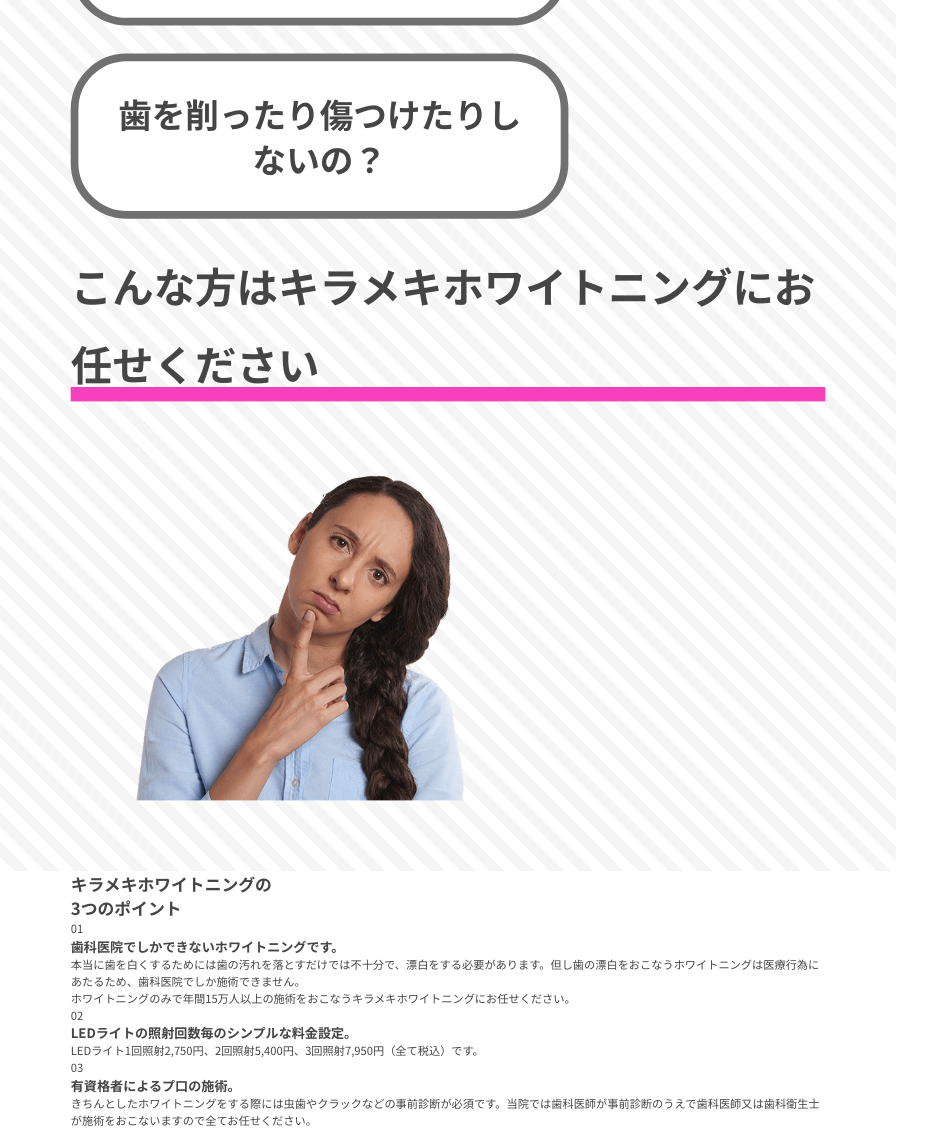
Repository: ryu-nuno/tech_academy_subwork
Page: first/index.html
The author's editor kept a record of every edit. The page is drawn from the files as they stood at one moment, then again after the next edit.
The browser window is 1280 px wide. The page is 1280 px wide, then 1351 px, so the pictures cover 1351 px, including what lies to the right of the window. The pictures show the part of the page from y = 1618 to 3458 px (the page is 3230 px tall before and 4107 px after), at 70% of full size.
Some web libraries are served in a nearby version.

Above is the page before.

### first/index.html
<!DOCTYPE html>
<html lang="ja">

  <head>
    <title>first</title>
  <meta charset="utf-8">
  <meta name="description" content="kirameki clinic">
  <meta name="viewport" content="width=device-width, initial-scale=1">
  <meta property="og:site_name" content="キラメキクリニック｜歯科医院でホワイトニング" />
  <meta property="og:title" content="キラメキクリニック｜歯科医院でホワイトニング">
  <meta property="og:description" content="キラメキクリニックは、年間15万人以上の来院実績がある歯科医院です。有資格者によるプロの施術を1回2,750円〜で手軽にホワイトニングができます。ホワイトニングをしてみたい方はお問い合わせの上ぜひご来院ください！">
  <meta property="og:type" content="article">
  <meta property="og:url" content="https://demo.techacademy.jp/sidejob-selfstudy1/">
  <meta property="og:image" content="https://demo.techacademy.jp/sidejob-selfstudy1/images/main_pc.jpg">
  <meta property="og:locale" content="ja_JP">
  <link rel="stylesheet" href="assets/ress/ress.min.css">
  <link rel="stylesheet" href="css/style.css">
  <script src="https://kit.fontawesome.com/ab2670e4fc.js" crossorigin="anonymous"></script>
  </head>

  <body>
    <header class="container">
    <div class="contents_width">
      <div class="wrapper">
        <h1>
          <span>年間15万人以上の来院実績</span>
          <span>歯科医院でしかできない！</span>
          <img src="img/logo_top.png" alt="キラメキクリニック">
        </h1>
        <p>
          <span>ホワイトニング</span>
          <span>いつでも1回2,750円(税込)</span>
        </p>
      </div>
    </div>
  </header>

  <section class="contact container">
    <div class="contents_width">
      <h3>24時間オンライン予約はこちら</h3>
      <a href="#" class="hoverflash">ご予約</a>
    </div>
  </section>

  <section class="interest bg_stripe container">
    <div class="contents_width">
      <h3>ホワイトニングには興味あるけど…</h3>
      <ul>
        <li>歯医者のホワイトニングってどんなの？</li>
        <li>痛いって聞いたことがあるけど？</li>
        <li>歯を削ったり傷つけたりしないの？</li>
      </ul>
      <p>こんな方はキラメキホワイトニングにお任せください</p>
      <img src="img/thinking_w.png" alt="ホワイトニングの疑問イメージ">
    </div>
  </section>

  <section class="point container">
    <div class="contents_width">
      <h2>キラメキホワイトニング<span class="no-sp">の</span><br class="no-pc">3つのポイント</h2>
      <ul>
        <li class="flex">
          <span>01</span>
          <div>
            <h3>歯科医院でしかできないホワイトニングです。</h3>
            <p>
              本当に歯を白くするためには歯の汚れを落とすだけでは不十分で、漂白をする必要があります。但し歯の漂白をおこなうホワイトニングは医療行為にあたるため、歯科医院でしか施術できません。<br>
              ホワイトニングのみで年間15万人以上の施術をおこなうキラメキホワイトニングにお任せください。
            </p>
          </div>
        </li>
        <li class="flex">
          <span>02</span>
          <div>
            <h3>LEDライトの照射回数毎のシンプルな料金設定。</h3>
            <p>
              LEDライト1回照射2,750円、2回照射5,400円、3回照射7,950円（全て税込）です。
            </p>
          </div>
        </li>
        <li class="flex">
          <span>03</span>
          <div>
            <h3>有資格者によるプ口の施術。</h3>
            <p>
              きちんとしたホワイトニングをする際には虫歯やクラックなどの事前診断が必須です。当院では歯科医師が事前診断のうえで歯科医師又は歯科衛生士が施術をおこないますので全てお任せください。
            </p>
          </div>
        </li>
      </ul>
    </div>
  </section>
  </body>

### first/assets/ress/ress.min.css
/*!
 * ress.css • v4.0.0
 * MIT License
 * github.com/filipelinhares/ress
 */html{box-sizing:border-box;-webkit-text-size-adjust:100%;word-break:normal;-moz-tab-size:4;tab-size:4}*,:after,:before{background-repeat:no-repeat;box-sizing:inherit}:after,:before{text-decoration:inherit;vertical-align:inherit}*{padding:0;margin:0}hr{overflow:visible;height:0;color:inherit}details,main{display:block}summary{display:list-item}small{font-size:80%}[hidden]{display:none}abbr[title]{border-bottom:none;text-decoration:underline;text-decoration:underline dotted}a{background-color:transparent}a:active,a:hover{outline-width:0}code,kbd,pre,samp{font-family:monospace,monospace}pre{font-size:1em}b,strong{font-weight:bolder}sub,sup{font-size:75%;line-height:0;position:relative;vertical-align:baseline}sub{bottom:-.25em}sup{top:-.5em}table{border-color:inherit;text-indent:0}input{border-radius:0}[disabled]{cursor:default}[type=number]::-webkit-inner-spin-button,[type=number]::-webkit-outer-spin-button{height:auto}[type=search]{-webkit-appearance:textfield;outline-offset:-2px}[type=search]::-webkit-search-decoration{-webkit-appearance:none}textarea{overflow:auto;resize:vertical}button,input,optgroup,select,textarea{font:inherit}optgroup{font-weight:700}button{overflow:visible}button,select{text-transform:none}[role=button],[type=button],[type=reset],[type=submit],button{cursor:pointer;color:inherit}[type=button]::-moz-focus-inner,[type=reset]::-moz-focus-inner,[type=submit]::-moz-focus-inner,button::-moz-focus-inner{border-style:none;padding:0}[type=button]::-moz-focus-inner,[type=reset]::-moz-focus-inner,[type=submit]::-moz-focus-inner,button:-moz-focusring{outline:1px dotted ButtonText}[type=reset],[type=submit],button,html [type=button]{-webkit-appearance:button}button,input,select,textarea{background-color:transparent;border-style:none}a:focus,button:focus,input:focus,select:focus,textarea:focus{outline-width:0}select{-moz-appearance:none;-webkit-appearance:none}select::-ms-expand{display:none}select::-ms-value{color:currentColor}legend{border:0;color:inherit;display:table;white-space:normal;max-width:100%}::-webkit-file-upload-button{-webkit-appearance:button;color:inherit;font:inherit}img{border-style:none}progress{vertical-align:baseline}[aria-busy=true]{cursor:progress}[aria-controls]{cursor:pointer}[aria-disabled=true]{cursor:default}

### first/css/style.css
@charset "UTF-8"; /* 文字コードの指定 */
@import url('https://fonts.googleapis.com/css2?family=Noto+Sans+JP:wght@400;700;900&display=swap');
@import url('https://fonts.googleapis.com/css2?family=Noto+Serif+JP:wght@400;700&display=swap');


body{

    color: #454545;
    font-family: "Noto Sans JP", "Helvetica Neue", Arial, "Hiragino Kaku Gothic ProN", "Hiragino Sans", Meiryo, sans-serif;
}

a {
    color: #454545;
    text-decoration: none;
}


li {
    list-style: none;
}


.contents_width {
    width: 100%;
    max-width: 116rem;
    margin: 0 auto;
}

header{
    background-image: url(../img/main_pc.jpg);
    background-size: cover;
    height: 50.073vw;
    background-position: top left;
}

.container{
    padding: 0 7.9vw;
}

.contact .contents_width{
    display: flex;
    height:100%;
    justify-content:flex-end;
    align-items:center;
}

.wrapper{
    width:42.4567vw;
}

.wrapper h1{
    font-size: 0;
}

.wrapper span{
    font-weight: 900;
    display: inline-block;
    font-size: 3.294vw;
    line-height: 5.2vw;
    background: linear-gradient(transparent 75%, #f940bc 0%);
    text-shadow: 0.2vw 0 #fff;
}

.wrapper span+span {
    margin: 0.8rem 0 0;
}

header .wrapper img {
    display: block;
    margin: 4.53vw auto 3.074vw;
    max-width: 32.942vw;
    width: 100%;
}

.contact {
    background-color: #3fbcfa;
    padding-top: 6.002vw;
    padding-bottom: 6.002vw;
}

.contact .contents_width {
    display: flex;
    justify-content: center;
    align-items: center;
    gap: 6rem;
}

.contact .contents_width h3{
 font-size: 2.7818vw;
 color: #FFFFFF;
 line-height: calc(59 / 38);
 text-align: center;
 text-shadow: 1rem 0 1rem rgb(0 0 0 / 16%);
}

.contents_width a{
    display: flex;
    justify-content: center;
    align-items: center;
    background-color: #bdfa3e;
    width: 20.79vw;
    height: 8.05vw;
    border-radius: 6vw;
    font-size: 2.78vw;
    font-weight: 900;
    box-shadow: 0 0.1vw 0.1vw #454545;
    overflow: hidden;
    position: relative;
}

.bg_stripe {
    background: repeating-linear-gradient(45deg, #fff, #fff 15px, #f5f5f5 0, #f5f5f5 30px);
}

.interest .contents_width {
    padding: 7.2rem 0 6rem;
    position: relative;
}

.interest h3 {
    font-size: 3.1rem;
    line-height: 3.1rem;
}

.interest ul {
    margin: 5rem 0 2.5rem;
    width: 66%;
    position: relative;
    z-index: 10;
}

.interest ul li {
    display: block;
    box-sizing: border-box;
    font-size: 3rem;
    line-height: calc(40 / 30);
    font-weight: 900;
    border: 0.7rem solid #707070;
    border-radius: 5rem;
    background-color: #fff;
    padding: 2.7rem;
    margin: 2.5rem 0 0;
    text-align: center;
}

.interest p {
    display: inline-block;
    font-size: 3.7rem;
    line-height: calc(3.7rem + 1.6rem * 2);
    position: relative;
    z-index: 10;
}


.interest p{
font-weight: 900;
    background: linear-gradient(transparent calc(100% - 20px), #f940bc calc(100% - 20px));
    text-shadow: 3px 0 #fff;

After the next edit:
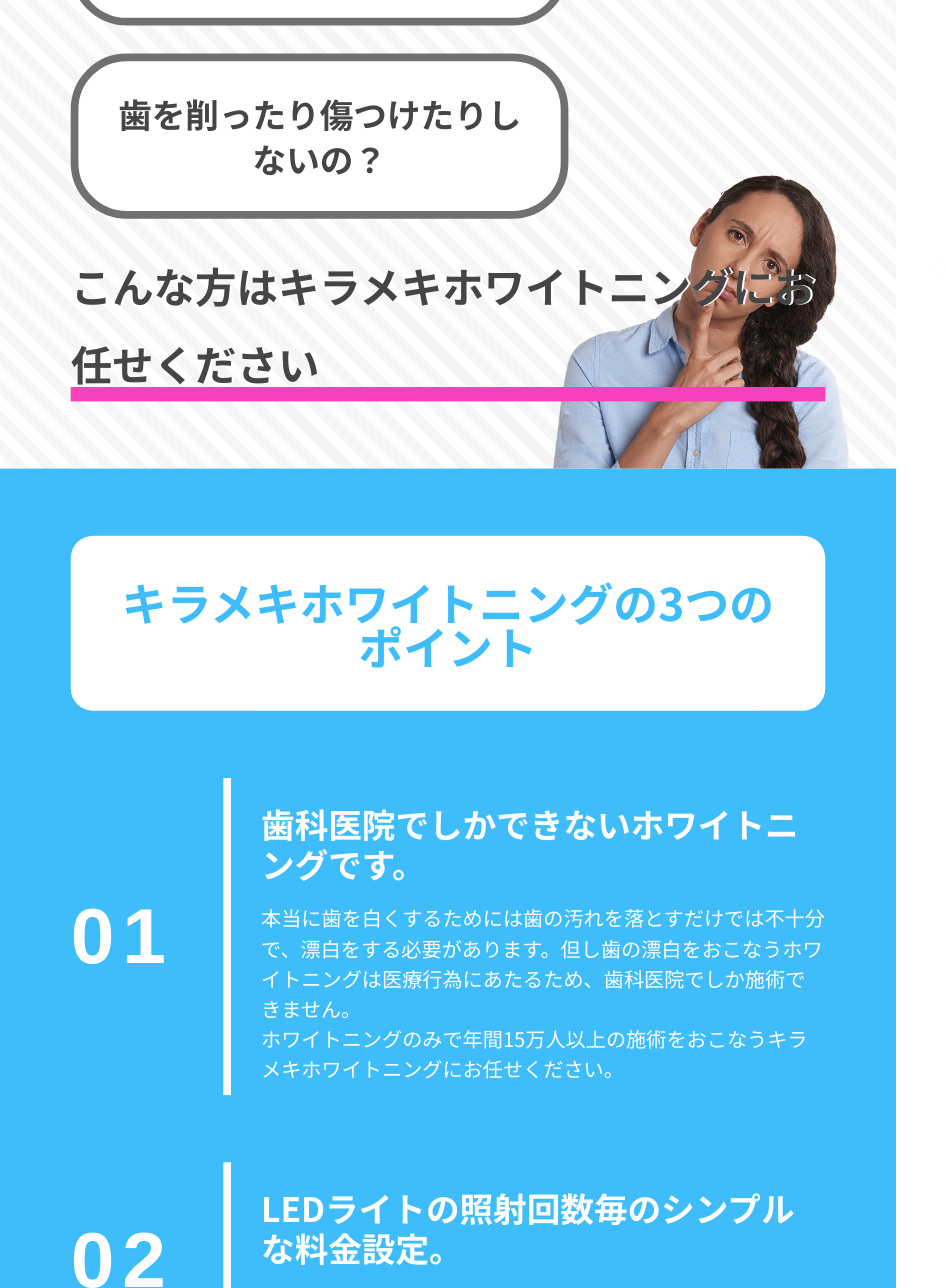
The edit:
--- a/first/css/style.css
+++ b/first/css/style.css
@@ -156,3 +156,81 @@
 font-weight: 900;
     background: linear-gradient(transparent calc(100% - 20px), #f940bc calc(100% - 20px));
     text-shadow: 3px 0 #fff;
+}
+
+.interest img {
+    position: absolute;
+    bottom: 0;
+    right: -16%;
+    width: 60%;
+}
+
+.point {
+    padding-top: 6rem;
+    padding-bottom: 9rem;
+    background: #3fbcfa;
+}
+
+.point h2, .about h2, .reason h2, .qa h2 {
+    color: #3fbcfa;
+    font-weight: 900;
+    background: #fff;
+    font-size: 4rem;
+    line-height: 1;
+    text-align: center;
+    max-width: 94.8rem;
+    margin: 0 auto;
+    padding: 3.8rem;
+    border-radius: 2rem;
+}
+
+.point ul {
+    color: #fff;
+    max-width: 85.6rem;
+    margin: 0 auto;
+}
+
+.point ul li {
+    margin: 6rem 0 0;
+}
+
+.point ul li span {
+    font-family: "Poppins", sans-serif;
+    display: flex;
+    align-items: center;
+    font-size: 7rem;
+    font-weight: 800;
+    line-height: 1;
+    color: #fff;
+    letter-spacing: 0.1em;
+    width: 13.6rem;
+}
+
+.point ul li span+div {
+    width: calc(100% - 13.6rem);
+    border-left: 0.7rem solid #fff;
+    padding: 2.3rem 0 1rem 2.7rem;
+}
+
+.point ul li span+div h3 {
+    font-size: 3rem;
+    line-height: calc(36 / 30);
+    font-weight: 900;
+}
+
+.point ul li span+div p {
+    font-size: 1.8rem;
+    margin: 1.6rem 0 0;
+    line-height: calc(27 / 18);
+    font-weight: 500;
+}
+
+.flex {
+    display: flex;
+    justify-content: space-between;
+}
+
+/*displaynone*/
+.no-pc {
+    display: none;
+}
